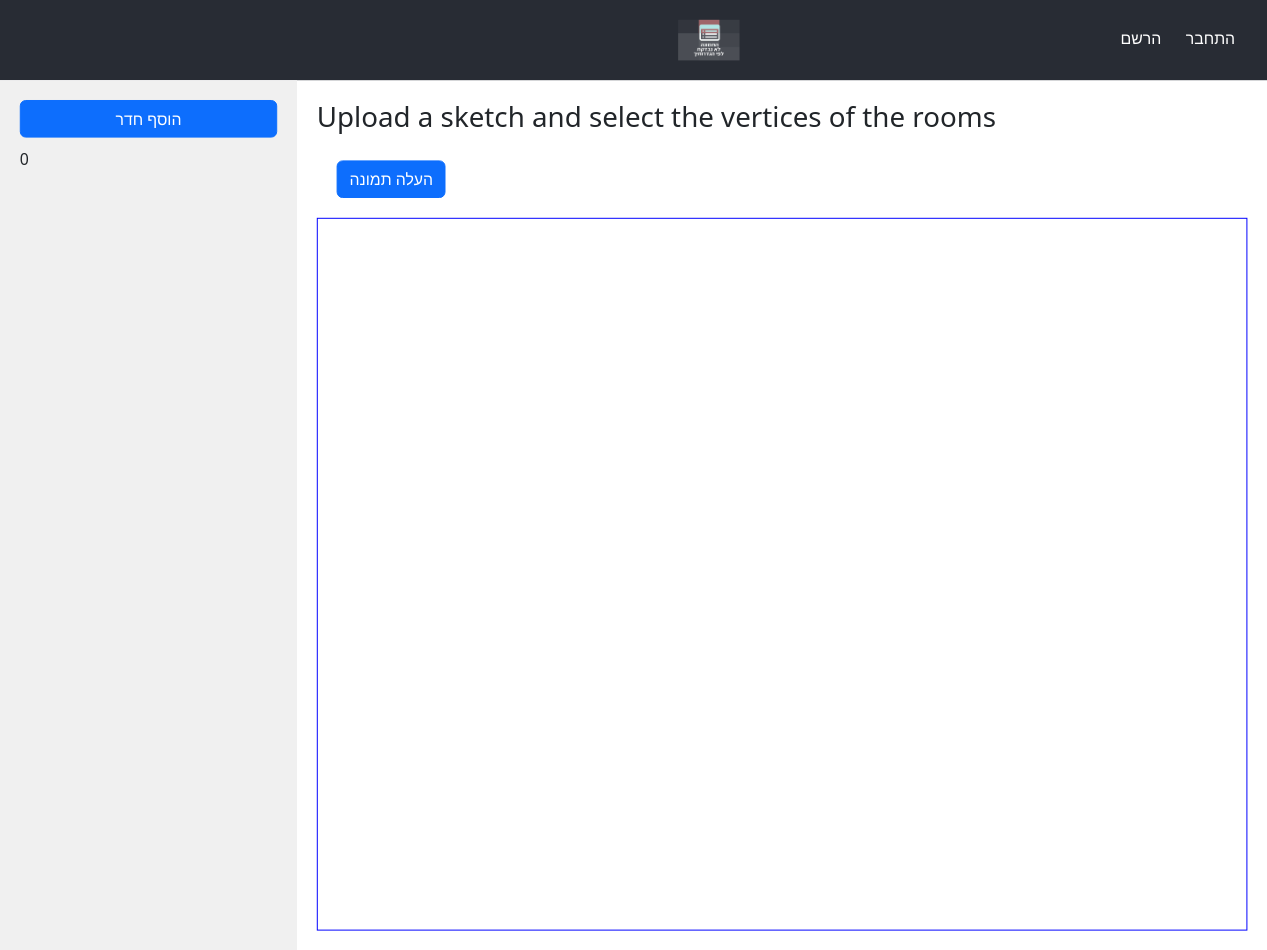
Repository: TamarHolzer/TamarHolzer-security_camera_project_client
Page: /optimal-coordinates
These files come from the project's save history. The page is drawn as it stood at one moment and after the next save; the edit follows.
The browser window is 1280 px wide. The pictures show the whole page, at 99% of full size.
The page's requests for data from a server got no answer. The project was rebuilt for these pictures with package versions that can differ from the ones it lists, and the page was loaded fresh each time. No one was signed in, and anything a server would have sent is missing. Also part of the build but not shown: src/components/Login.js, src/pages/Home.js, src/components/ShowPlan.js, src/components/HistpryPlanning.js.

Above is the page before, as saved 2024-07-05 00:58:02.

### src/App.js
import './App.css';
import Header from './components/Header'
import Login from './components/Login';
import { BrowserRouter } from "react-router-dom";
import Home from './pages/Home';
import { Routes, Route } from "react-router-dom";
import Xy_click from './components/Xy_click';
import HistoryPlanning from './components/HistpryPlanning';


function App() {
  return (
    <BrowserRouter>
      <div className="App">
        <Header />

      </div>
      <Routes>
        <Route path="/login" element={<Login />} />
        <Route path="/sign-up" element={<Login />} />
        <Route path="/optimal-coordinates" element={<Xy_click />} />
        <Route path="/history-planning" element={<HistoryPlanning />} />
        <Route path="*" element={<Home />} />
      </Routes>
    </BrowserRouter>
  );
}

export default App;

### src/App.css
.App {
  text-align: center;
}

.App-logo {
  height: 40vmin;
  pointer-events: none;
}

@media (prefers-reduced-motion: no-preference) {
  .App-logo {
    animation: App-logo-spin infinite 20s linear;
  }
}

.App-header {
  background-color: #282c34;
  min-height: 100vh;
  display: flex;
  flex-direction: column;
  align-items: center;
  justify-content: center;
  font-size: calc(10px + 2vmin);
  color: white;
}

.App-link {
  color: #61dafb;
}

@keyframes App-logo-spin {
  from {
    transform: rotate(0deg);
  }
  to {
    transform: rotate(360deg);
  }
}

/*
.image-container {
  display: inline-block;
  position: relative;
}

.clickable-image {
  max-width: 100%;
  height: auto;
  cursor: pointer;
} */

### src/components/Header.js
import React from 'react';
import '../css/Header.css';
import logo from '../pics/ללוגו-removebg-preview.png'
import { Link } from 'react-router-dom';

const Header = () => {
  return (

    <header className="header">
      <nav>
        <Link to="/">
          <img src={logo} width="5%" alt="My Website Logo" className="logo" />
        </Link>
        {!sessionStorage.getItem('user') && <>
          <Link className='linkHeader' to="/login">התחבר</Link>
          <Link className='linkHeader' to="/sign-up">הרשם</Link></>}
        {sessionStorage.getItem('user')&&<>
        <Link className='linkHeader' to="/optimal-coordinates">תכנון מצלמות</Link>
        <Link className='linkHeader' to="/history-planning">הסטוריית תכנונים</Link>
        </>}
      </nav>
    </header>
  );
};

export default Header;

### src/components/Xy_click.js

import React, { useEffect, useState } from "react";
import "../css/points.css";
import axios from "axios";
import UploadImage from "./UploadImage";
import { Button } from "react-bootstrap";
import "bootstrap/dist/css/bootstrap.min.css";
import { FaRegTrashAlt } from "react-icons/fa";

function Xy_click() {
  const [coordinates, setCoordinates] = useState([]);
  const [rooms, setRooms] = useState([]);
  const [uploadImage, setUploadImage] = useState(false);
  const [imageURL, setImageURL] = useState(null);

  const handleImageClick = (x, y) => {
    setCoordinates([...coordinates, { x, y }]);
  };

  useEffect(() => {
//   alert(`משתמש יקר!\n
// עליך להעלות שרטוט אדריכלי של הבית בו אתה מעוניין להתקין מצלמות אבטחה.\n
// עם העכבר עליך לסמן בכל חדר את הקודקודים שלו,\n
// במידה ואתה מעוניין למחוק קודקוד, תוכל להקיש על סימן ה"אשפה" ברשימת הקודקודים שבתחתית הדף\n
// לאחר כל חדר יש להקיש על "הוסף חדר"\n
// בסיום-לחץ על הכפתור "שלח"`);
},[])
  const sendList = () => {
    setUploadImage(true);
    // Calculate the ratio
    const x1 = 658;
    const x2 = 369;
    const deltaX = Math.abs(x1 - x2);
    const ratio = 6.10 / deltaX; // meters per pixel

    // Convert coordinates to meters
    const convertToMeters = (points, ratio) => {
      return points.map(point => ({
        x: point.x * ratio,
        y: point.y * ratio
      }));
    };

    const roomsInMeters = rooms.map(room => convertToMeters(room, ratio));

    axios
      .post("http://127.0.0.1:5000/cover_apartment_by_cameras", {
        userId: sessionStorage.getItem("userId") || 1,
        rooms: rooms,
        imageURL: imageURL,
      })
      .then((res) => {
        console.log(res.data);
        setCoordinates(res.data.optimalCoordinates);

      })
      .catch((err) => {
        console.log(err);
      });
  };

  const addRoom = () => {
    setRooms([...rooms, coordinates]);
    setCoordinates([]); // Reset coordinates
  };

  const removePoint = (i) => {
    const newCoordinates = coordinates.filter((_, index) => index !== i);
    setCoordinates(newCoordinates);
  };

  return (
    <div className="page-wrapper">
      <div className="sidebar">
      <Button as="a" variant="primary" onClick={addRoom}>
        הוסף חדר
      </Button>
      {rooms.length && (
        <Button className="buttons" as="a" variant="primary" onClick={sendList}>
          שלח
        </Button>
      )}
        {coordinates.length > 0 && (
          <div id="coordinates">
            <h3>Coordinates:</h3>
            <ul>
              {coordinates.map((coord, index) => (
                <li key={index} onClick={() => removePoint(index)}>
                  X: {coord.x}, Y: {coord.y}
                  <FaRegTrashAlt />
                </li>
              ))}
            </ul>
          </div>
        )}
      </div>
      <div className="page-content">
      <h3>Upload a sketch and select the vertices of the rooms</h3>
      <div className="image-container">
        <UploadImage
          saveClick={handleImageClick}
          coordinates={coordinates}
          uploadImage={uploadImage}
          setImageURL={setImageURL}
        />
      </div>

      </div>

    </div>
  );
}

export default Xy_click;

### src/css/Header.css
.header {
    background-color: #282c34;
    padding: 20px;
    color: white;
        text-align: right;
  }

  .header nav ul {
    list-style: none;
    padding: 0;
  }

  .header nav ul li {
    display: inline;
    margin: 0 10px;

  }

  .header nav ul li a .linkHeader{
    color: white;
    text-decoration: none;
  }
  .linkHeader{
    color: white;
      text-decoration: none;
      padding: 1%;
  }
  .linkHeader:hover{
    text-decoration: overline !important;
    color: red;
  }

.logo{
  margin-right: 30%;
}

### src/css/inputs.css
 .formInput{
    background-color: black;
    height: 100%;
    width: 60%;
    padding: 15%;
    opacity: 0.5;
    color: aliceblue
 }

 .bodyLogin{
    background-image: url("https://img.freepik.com/premium-photo/cctv-tool-twilight-sky-backgroundequipment-security-systems_1048944-29063872.jpg?w=740");

        /* Full height */
        height: 100%;

        /* Center and scale the image nicely */
        background-position: top;
        background-repeat: no-repeat;
        background-size: cover;
 }
 .homeImg {
    vertical-align: middle;
    width: 100%;
    height: 100%;
    position: relative;
    overflow: hidden;
    position: fixed;
 }
 .card{
   margin: 1%;
 }

 .img{
   padding: 0%;
 }

### src/css/points.css

 body,
 html,
 .App,
 .image-container,
 img {
     margin: 0;
     padding: 0;
 }
.img{
    pointer-events: none;
    width: 100%;
        height: 100%;
}
 .container {
     width: 100%;
     height: 100%;
     display: flex;
     flex-direction: column;
     justify-content: center;
     align-items: center;
 }

 .ClickableSVG {
    position: relative;
    width: 100%;
    height: 100vh;
    border: 1px solid blue;
 }

 .ClickableSVG circle {
     fill: red;
     stroke: black;
     stroke-width: 1;
 }
 .buttons{
    margin: 2px;
    background-color: red;
 }
.page-wrapper{
    display: flex;

}
.sidebar{
    min-width: 25vh;
    max-width: 300px;
    flex-grow: 1;
    flex-basis: 220px;
    background-color: #f0f0f0;
    padding: 20px;
}
.sidebar .btn{
    width: 100%;
    /* padding: 10px; */
    margin-bottom: 10px;
}
.page-content{
    flex-grow: 2;
    padding: 20px;
}

### src/components/UploadImage.js
import React, { useState, useEffect } from "react";
import "../css/points.css";
import uploadImageToStorage from "../firebase/uploadImageToStorage";

function UploadImage(props) {
  const { coordinates } = props;
  const [image, setImage] = useState(null);
  const [imageFile, setImageFile] = useState(null);
  const [circles, setCircles] = useState([]);

  const getClickCoords = (event) => {
    const rect = event.target.getBoundingClientRect();
    const x = event.clientX - rect.left;
    const y = event.clientY - rect.top;
    props.saveClick(x, y);
    return [x, y];
  };

  useEffect(() => {
    const newCircles = coordinates.map((coord, index) => (
      <circle
        key={index}
        cx={coord.x}
        cy={coord.y}
        r="5"
        stroke="black"
        strokeWidth="1"
        fill="red"
      />
    ));
    setCircles(newCircles);
  }, [coordinates]);

  const handleImageUpload = (event) => {
    const file = event.target.files[0];
    const reader = new FileReader();

    reader.onloadend = () => {
      setImage(reader.result);
      setImageFile(file);
    };

    if (file) {
      reader.readAsDataURL(file);
    }
  };

  useEffect(() => {
    if (props.uploadImage) {
      props.setImageURL(uploadImageToStorage(imageFile));
    }
  }, [props.uploadImage]);

  return (
    <div>
      <input
        id="fileInput"
        type="file"
        accept="image/*"
        onChange={handleImageUpload}
        style={{ display: "none" }}
      />
      <button
        className="btn btn-primary"
        onClick={() => document.getElementById("fileInput").click()}
        style={{ margin: "20px", right: "3px" }}
      >
        העלה תמונה
      </button>
      <svg
        onClick={(event) => {
          const [x, y] = getClickCoords(event);
          props.saveClick(x, y);
        }}
        className="ClickableSVG"
        width="100%"
      >
        <image
          href={image}
          width="100%"
          height="100%"
          className="img"

        />
        {circles}
      </svg>
    </div>
  );
}

export default UploadImage;

### src/firebase/uploadImageToStorage.js

import { storage } from "./settingFirebase";
import {ref, uploadBytes, getDownloadURL } from "firebase/storage";

export default function uploadImageToStorage(imageFile){
  if (imageFile) {
    const storageRef = ref(storage, `images/${imageFile.name}`);
    uploadBytes(storageRef, imageFile).then((snapshot) => {
      getDownloadURL(snapshot.ref).then((url) => {
        console.log(url);
        /**Send the URL's image to Xy_click for save in the DB */
        return url;
      }).catch(err=>console.log(err));
    });
  }
};

### src/firebase/settingFirebase.js
// Import the functions you need from the SDKs you need
import { initializeApp } from "firebase/app";
import { getAnalytics } from "firebase/analytics";
import { getStorage } from "firebase/storage";
// TODO: Add SDKs for Firebase products that you want to use
// https://firebase.google.com/docs/web/setup#available-libraries

// Your web app's Firebase configuration
// For Firebase JS SDK v7.20.0 and later, measurementId is optional
const firebaseConfig = {
  apiKey: "AIzaSyDUx2X5aZ5ZWY28Ja9fD8S8KJ2ccwbMSps",
  authDomain: "security-camera-project-14bd8.firebaseapp.com",
  projectId: "security-camera-project-14bd8",
  storageBucket: "security-camera-project-14bd8.appspot.com",
  messagingSenderId: "678601442014",
  appId: "1:678601442014:web:e666af81d2a323c315384f",
  measurementId: "G-F39ZQS0G7P",
};

// Initialize Firebase
const app = initializeApp(firebaseConfig);
const analytics = getAnalytics(app);
export const storage = getStorage(app);

Loaded but not shown: public/index.html (common file); src/index.js (common file); src/index.css (common file); src/reportWebVitals.js (common file)

After the next save:
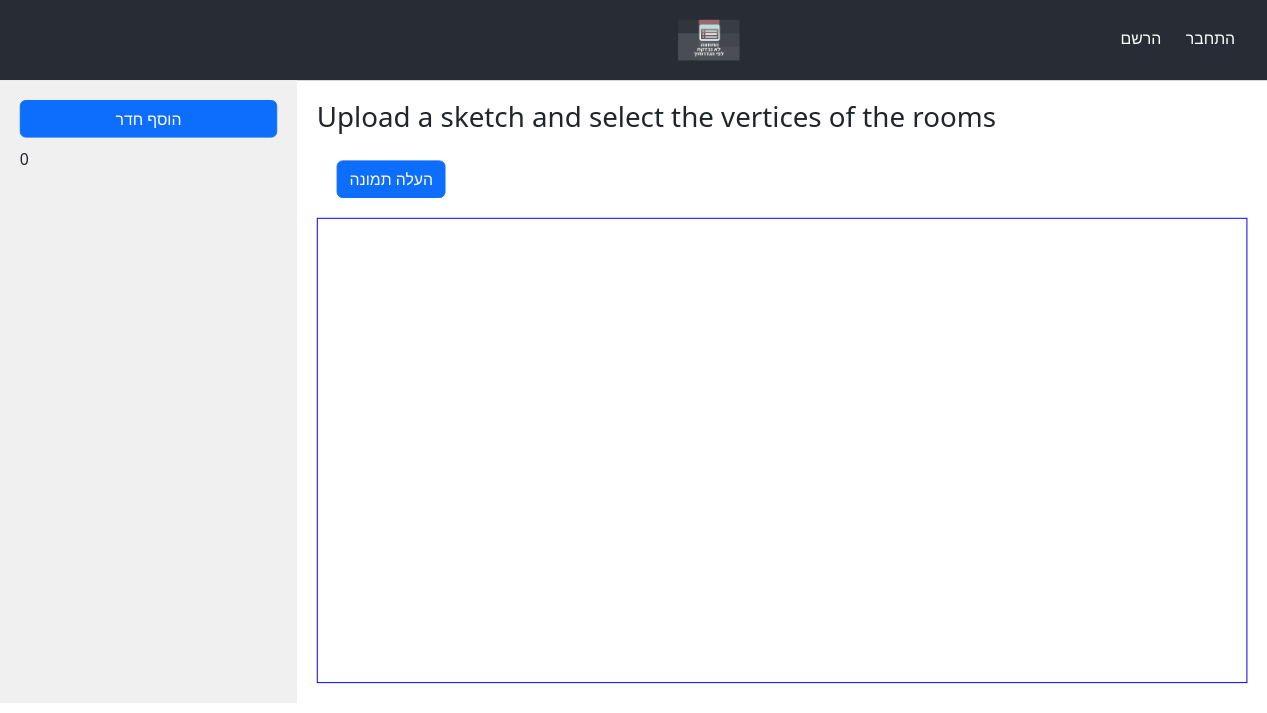
Saved 3 min 35 s later.
--- a/src/css/points.css
+++ b/src/css/points.css
@@ -24,7 +24,7 @@
  .ClickableSVG {
     position: relative;
     width: 100%;
-    height: 100vh;
+    height: calc(100vh - 250px);
     border: 1px solid blue;
  }
 
